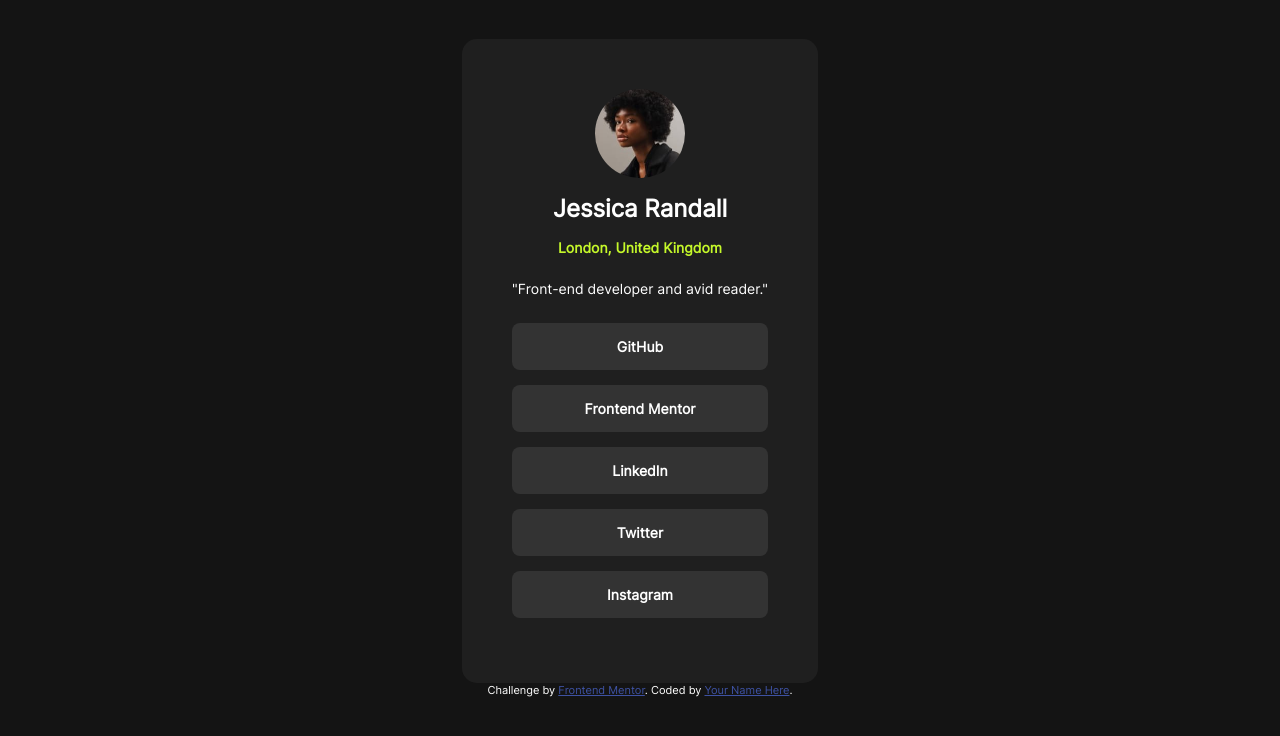
Repository: RudyJ/social-links-profile
Page: index.html
These files come from the project's save history. The page is drawn as it stood at one moment and after the next save; the edit follows.
The browser window is 1280 px wide. The pictures show the whole page.
The pointer rests on the first visible `body .card ul li a`.

Above is the page before, as saved 2024-04-02 20:10:43.

After the next save:
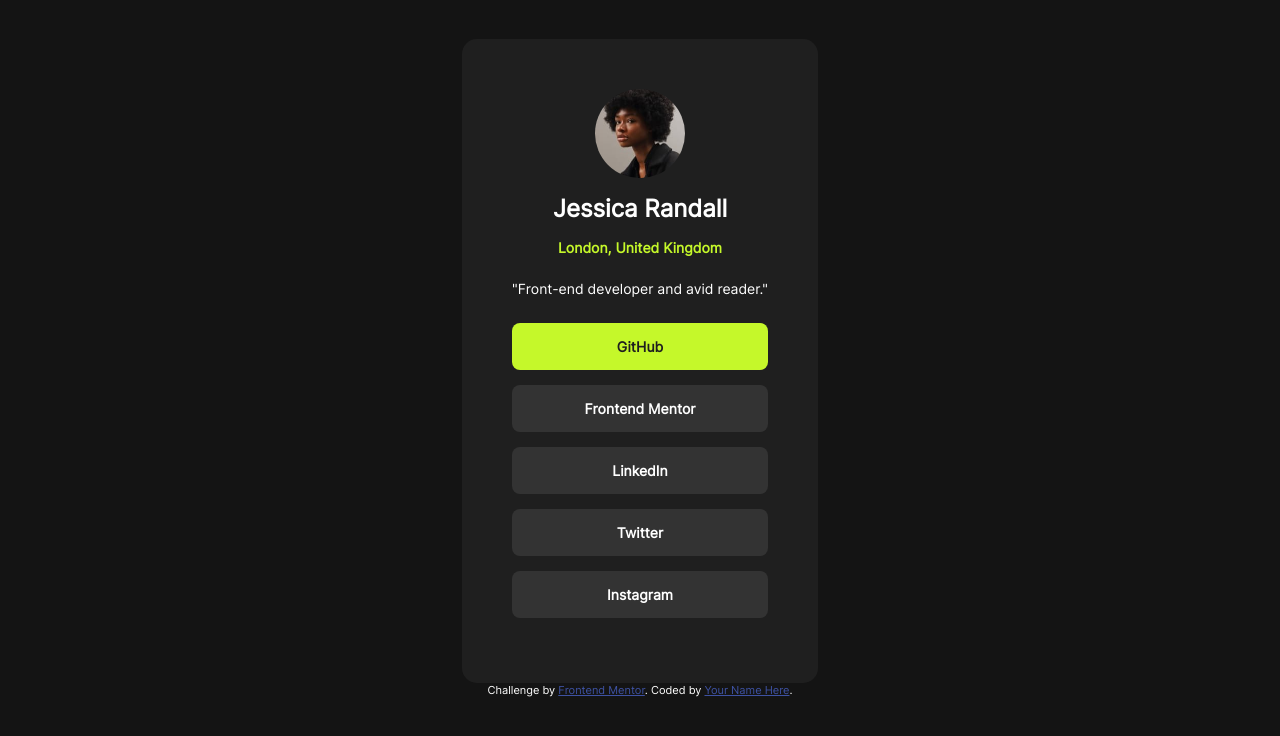
Saved 2 min 18 s later.
--- a/assets/css/style.css
+++ b/assets/css/style.css
@@ -75,3 +75,7 @@ body .card ul li a {
     border-radius: 8px;
     font-weight: 700;
 }
+body .card ul li a:hover {
+    background-color: hsl(75, 94%, 57%);
+    color: hsl(0, 0%, 12%);
+}
